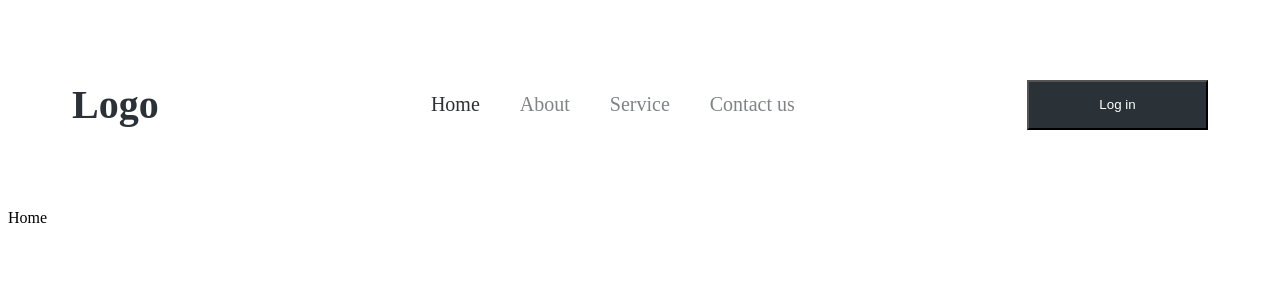
Repository: rehamtaher10/thirdReactTask
Page: /
The author's editor kept a copy of each file at every save. The page is drawn from the files as they stood at one save, then again after the next save.
The browser window is 1280 px wide. The pictures show the whole page.
The project was rebuilt for these pictures with package versions that can differ from the ones it lists, and the page was loaded fresh each time. Also part of the build but not shown: vite.config.js, src/components/AboutPage/About.jsx, src/components/ContactUsPage/ContactUs.jsx, src/components/ServicePage/Service.jsx.

Above is the page before, as saved 2024-11-27 22:17:08.

After the next save:
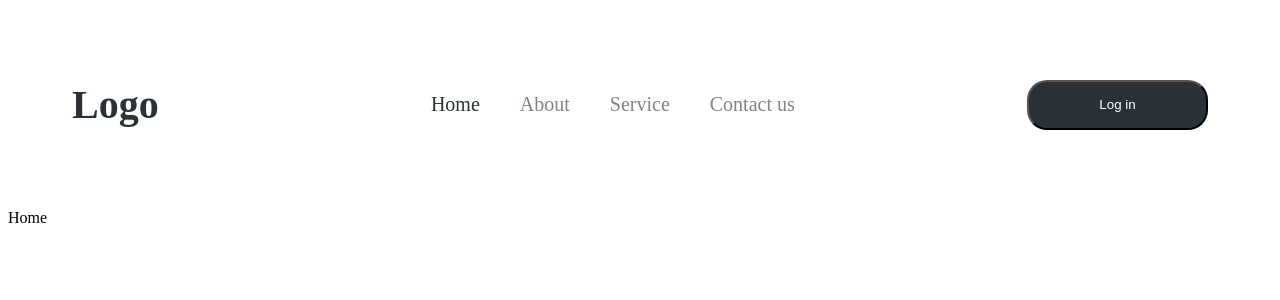
Saved 7 s later.
--- a/src/style/navBar.css
+++ b/src/style/navBar.css
@@ -29,5 +29,5 @@
     color: white;
     width: 181px;
     height: 50px;
-    border-radius: ;
+    border-radius: 20px;
 }
